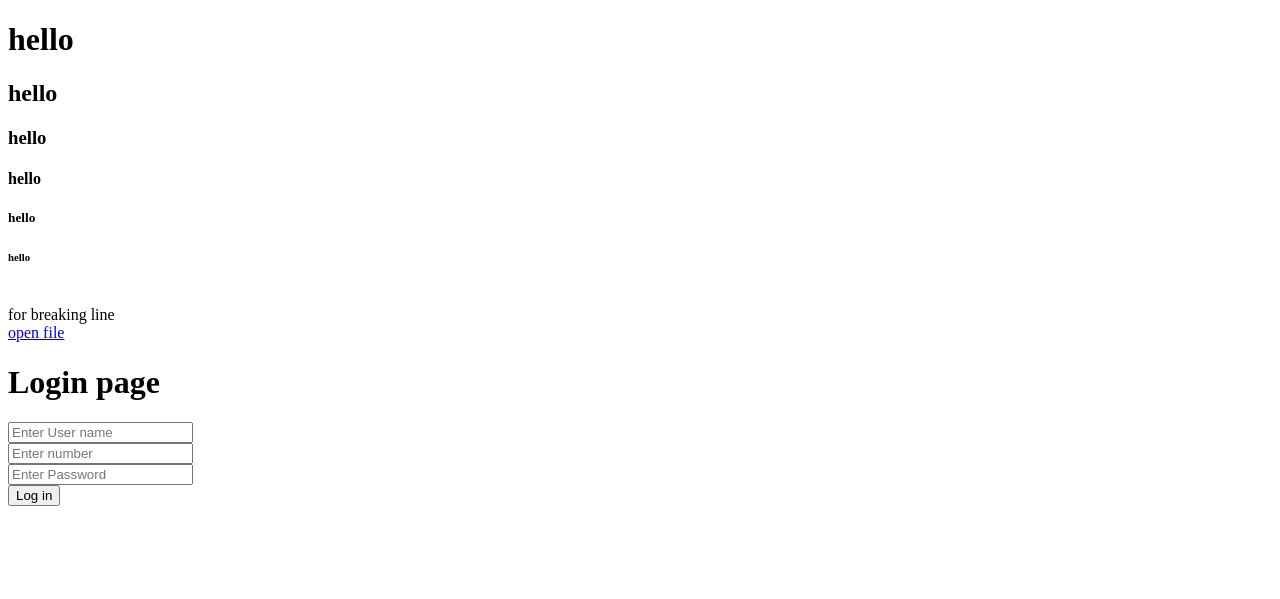
Repository: kajol-thakur5/backend_proj
Page: myfirstwebapp/WebContent/index.html
The author's editor kept a copy of each file at every save. The page is drawn from the files as they stood at one save, then again after the next save.
The browser window is 1280 px wide. The pictures show the whole page.

Above is the page before, as saved 2023-01-31 10:47:20.

### myfirstwebapp/WebContent/index.html
<!DOCTYPE html>
<html>
<head>
<meta charset="ISO-8859-1">
<title>Insert title here</title>
</head>
<body>
<h1>hello</h1>
<h2>hello</h2>
<h3>hello</h3>
<h4>hello</h4>
<h5>hello</h5>
<h6>hello</h6>
<br>
for breaking line<br>
<a href="https://lms.simplilearn.com/courses/3851/Become-a-back-end-expert/syllabus">open file</a>
<br>
<form action="" method="post">
<h1>Login page</h1>
<input type="text" name="username" placeholder="Enter User name"><br>
<input type="number" name="number" placeholder="Enter number"><br>
<input type="password" name="password" placeholder="Enter Password"><br>
<input type="submit" value="Log in">
</form>
</body>
</html>

After the next save:
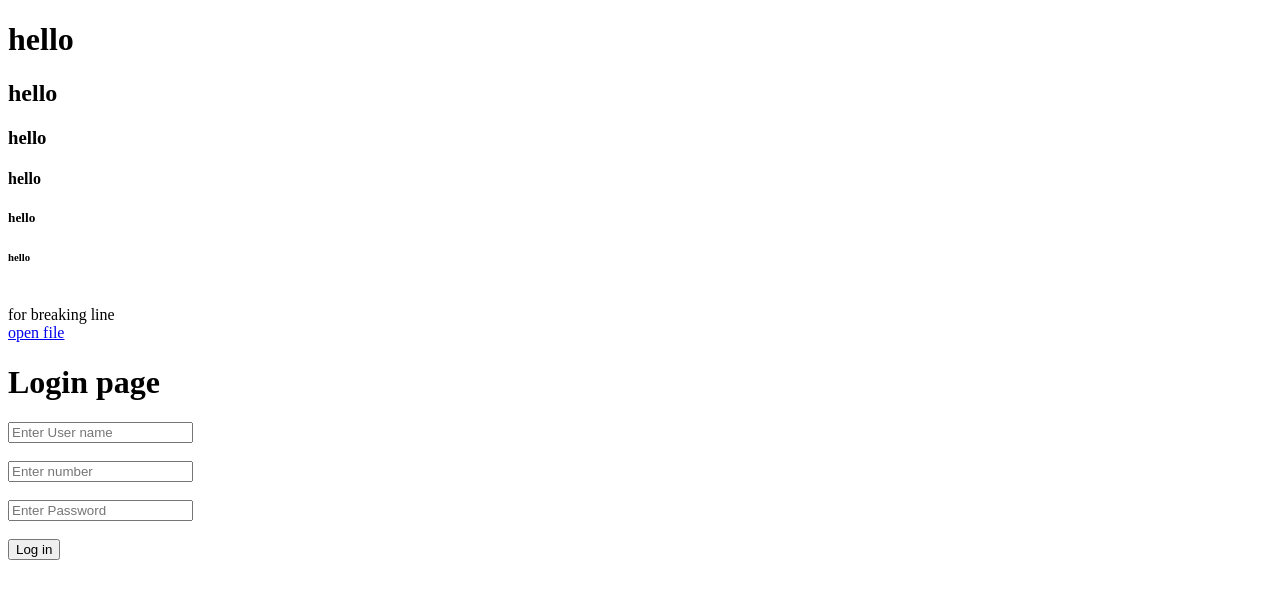
Saved 35 s later.
--- a/myfirstwebapp/WebContent/index.html
+++ b/myfirstwebapp/WebContent/index.html
@@ -17,9 +17,9 @@ for breaking line<br>
 <br>
 <form action="" method="post">
 <h1>Login page</h1>
-<input type="text" name="username" placeholder="Enter User name"><br>
-<input type="number" name="number" placeholder="Enter number"><br>
-<input type="password" name="password" placeholder="Enter Password"><br>
+<input type="text" name="username" placeholder="Enter User name"><br><br>
+<input type="number" name="number" placeholder="Enter number"><br><br>
+<input type="password" name="password" placeholder="Enter Password"><br><br>
 <input type="submit" value="Log in">
 </form>
 </body>
